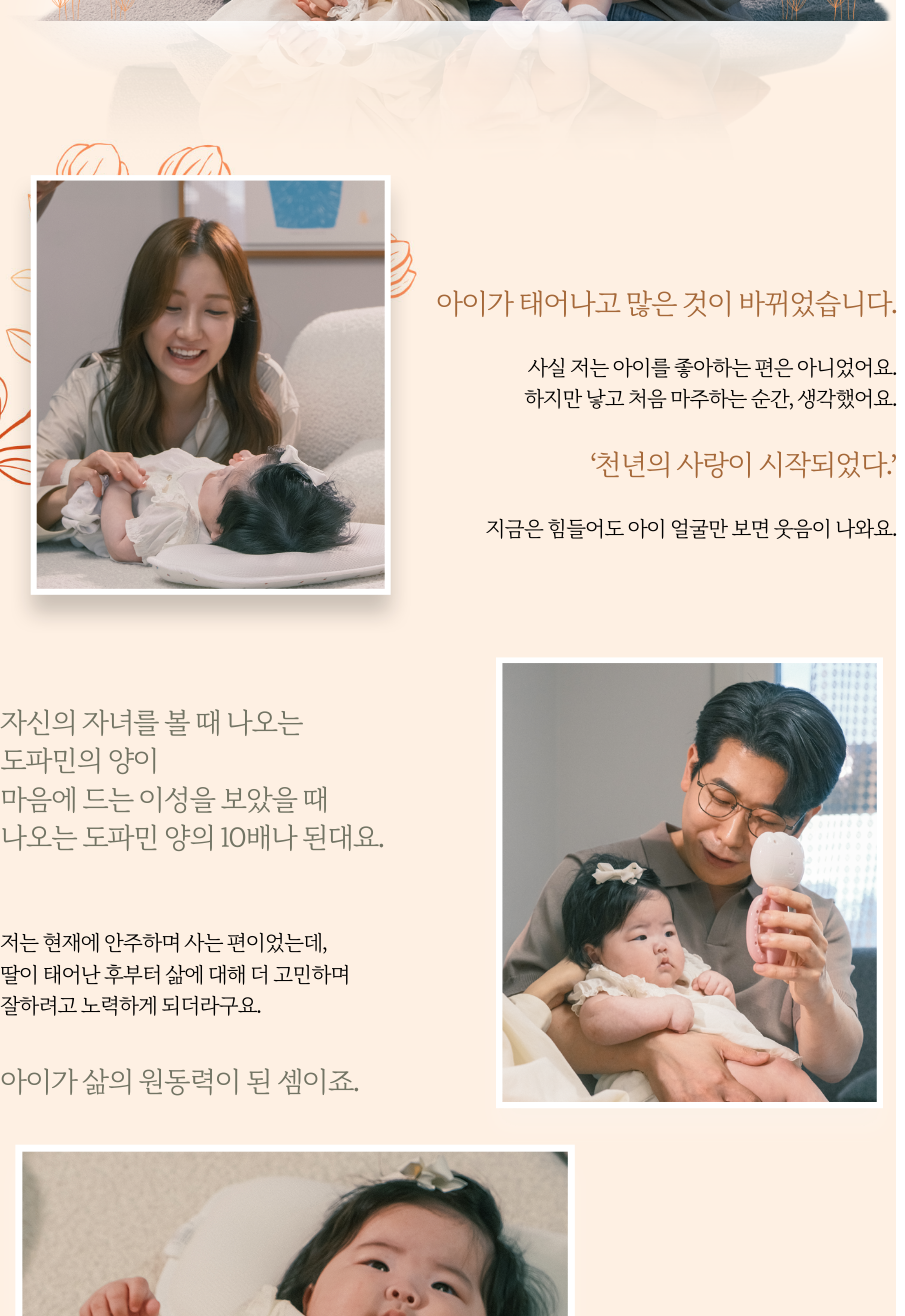
Repository: dlgywls1130/saveTheChildren
Page: index.html
The author's editor kept a copy of each file at every save. The page is drawn from the files as they stood at one save, then again after the next save.
The browser window is 1280 px wide. The page is 1293 px wide, so the pictures cover 1293 px, including what lies to the right of the window. The pictures show the part of the page from y = 2913 to 4793 px (the page is 10384 px tall before and 10501 px after), at 70% of full size.
Some web fonts or font styles are not loaded; a fallback is used. The style sheet was rebuilt from its Sass, Less or Tailwind sources for each picture, by a compiler version that may differ from the author's.

Above is the page before, as saved 2024-11-01 22:35:49.

After the next save:
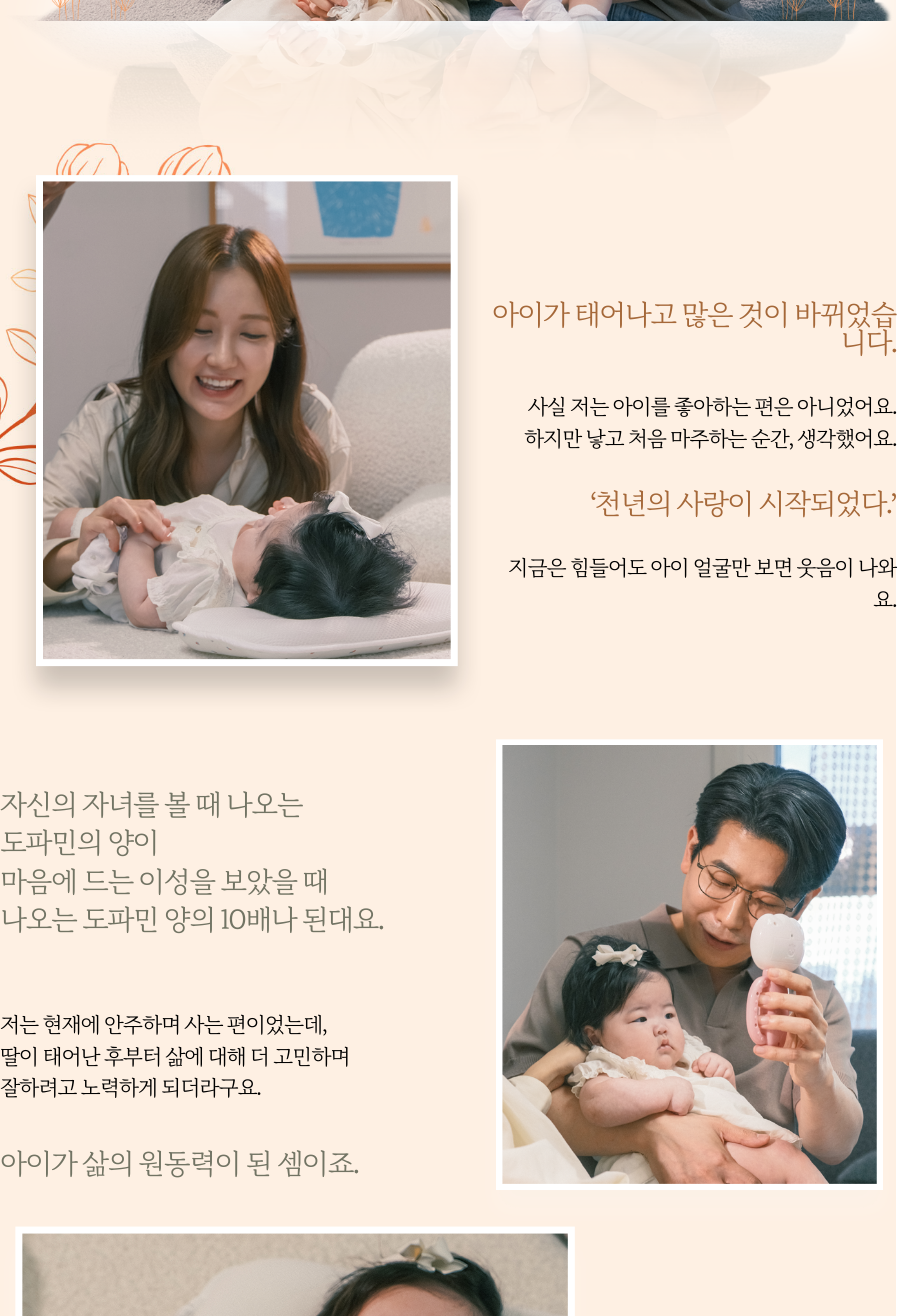
Saved 4 min 59 s later.
--- a/css/common.scss
+++ b/css/common.scss
@@ -461,7 +461,7 @@ $sides: (
                 justify-content: space-between;
 
                 .story_image{
-                    width: 600px;
+                    width: 800px;
                     height: auto;
                     img{
                         width: 100%;
